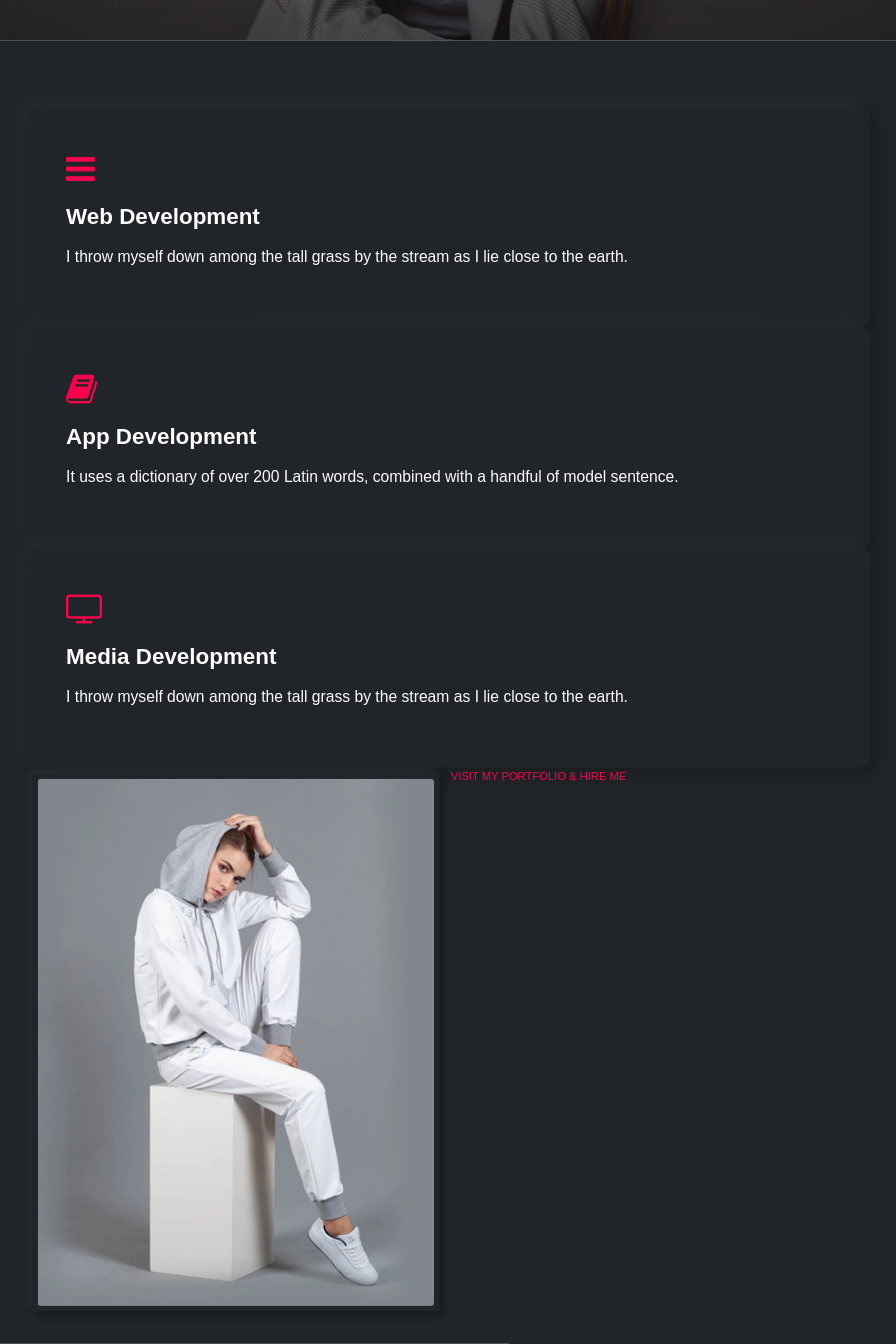
Repository: arminprogramme/inbio
Page: /
An editor plug-in stored every save of this project. The page is shown before and after the next save, followed by the edit.
The browser window is 1280 px wide. The pictures show the part of the page from y = 811 to 2731 px (the page is 2731 px tall before and 2715 px after), at 70% of full size.
Some web libraries are served in a nearby version. The project was rebuilt for these pictures with package versions that can differ from the ones it lists, and the page was loaded fresh each time. Also part of the build but not shown: vite.config.js.

Above is the page before, as saved 2023-10-20 03:35:53.

### index.html
<!doctype html>
<html lang="en">

<head>
    <meta charset="UTF-8" />
    <link rel="icon" type="image/svg+xml" href="/vite.svg" />
    <link rel="stylesheet" href="https://cdnjs.cloudflare.com/ajax/libs/font-awesome/4.7.0/css/font-awesome.min.css">
    <link href="https://cdnjs.cloudflare.com/ajax/libs/flowbite/1.8.1/flowbite.min.css" rel="stylesheet" />
    <meta name="viewport" content="width=device-width, initial-scale=1.0" />
    <title>Vite + React</title>
</head>

<body>
    <div id="root"></div>
    <script src="https://cdnjs.cloudflare.com/ajax/libs/flowbite/1.8.1/flowbite.min.js"></script>
    <script type="module" src="/src/main.jsx"></script>
</body>

</html>

### src/App.jsx
import   { Component } from 'react';
import LandingPage from './Component/LandingPage.jsx'
import './App.css'

class App extends Component {


  render() {
    return (
    <div>
      <LandingPage />
    </div>
    );
  }


}

export default App;

### src/index.css
:root {
    font-family: Inter, system-ui, Avenir, Helvetica, Arial, sans-serif;
}

a {
    font-weight: 500;
    color: #646cff;
    text-decoration: inherit;
}

* {
    padding: 0;
    margin: 0;
    box-sizing: border-box;
}

@tailwind base;
@tailwind components;
@tailwind utilities;
a:hover {
    color: #535bf2;
}

body {
    margin: 0;
    font-family: 'Vazir', sans-serif;
}

h1 {
    font-size: 3.2em;
    line-height: 1.1;
}

@media (prefers-color-scheme: light) {
     :root {
        color: #213547;
        background-color: #ffffff;
    }
    a:hover {
        color: #747bff;
    }
    button {
        background-color: #f9f9f9;
    }
}

### src/Component/LandingPage.jsx
import  { Component } from 'react';
import Header from './Header/Header.jsx'
import Body from './Body/Body.jsx'
//import Footer from './Footer/Footer.jsx'
class LandingPage extends Component {
    render() {
        return (
            <div>
                <Header/>
                <Body/>

            </div>
        );
    }
}

export default LandingPage;

### src/Component/Header/Header.jsx
import  { Component } from 'react';
import NavBar from './Navbar.jsx'
import './Header.css'
class Header extends Component {
    render() {
        return (
            <div>
                <NavBar/>
                <div className="banner-header text-center">
                    <h1 className='font-bold text-white'>KRISTINA SOMOLYER</h1>
                    <p>American Supermodel & Entrepreneur</p>
                </div>
            </div>
        );
    }
}

export default Header;

### src/Component/Body/Body.jsx
import  { Component } from 'react';
import Services from './Services/Services.jsx'
import About from './About/About.jsx'
import './Body.css'
class Body extends Component {
    render() {
        return (
            <>
            <div className='black-bg '>
                <div className="limit-width">
                    <Services/>
                    <About/>
                </div>
            </div>
            </>
        );
    }
}

export default Body;

### src/Component/Header/Navbar.jsx
import  { Component } from 'react';

class Navbar extends Component {
    render() {
        return (
            <div>

<nav className=" black-bg">
  <div className="max-w-screen-xl flex flex-wrap items-center justify-between mx-auto p-6">
    <a href="https://.com/" className="flex items-center">
       <h2 className='text-white'>React Project</h2>
    </a>
    <button data-collapse-toggle="navbar-default" type="button"  className="inline-flex items-center p-2 w-10 h-10 justify-center text-sm text-white rounded-lg md:hidden " aria-controls="navbar-default" aria-expanded="false">
    <i className="fa fa-bars text-white"></i>

    </button>
    <div className="hidden w-full md:block md:w-auto" id="navbar-default">
      <ul className="font-medium flex flex-col p-4 md:p-0 mt-4 border border-gray-100 rounded-lg text-white md:flex-row md:space-x-8 md:mt-0 md:border-0 black-bg">
        <li>
          <a href="#" className="block py-2 pl-3 pr-4 text-white md:hover:text-gray-700 dark:text-white md:dark:hover:text-gray-500 rounded md:bg-transparent md:p-0 " aria-current="page">Home</a>
        </li>
        <li>
          <a href="#" className="block py-2 pl-3 pr-4 text-gray-900 rounded hover:bg-gray-100 md:hover:bg-transparent md:border-0 md:hover:text-gray-700 md:p-0 dark:text-white md:dark:hover:text-gray-500 dark:hover:bg-gray-700 dark:hover:text-white md:dark:hover:bg-transparent">About</a>
        </li>
        <li>
          <a href="#" className="block py-2 pl-3 pr-4 text-gray-900 rounded md:hover:text-gray-700 md:p-0 dark:text-white md:dark:hover:text-gray-500 dark:hover:bg-gray-700 dark:hover:text-white md:dark:hover:bg-transparent">Services</a>
        </li>
        <li>
          <a href="#" className="block py-2 pl-3 pr-4 text-gray-900 rounded hover:bg-gray-100 md:hover:bg-transparent md:border-0 md:hover:text-gray-700 md:p-0 dark:text-white md:dark:hover:text-gray-500 dark:hover:bg-gray-700 dark:hover:text-white md:dark:hover:bg-transparent">Pricing</a>
        </li>
        <li>
          <a href="#" className="block py-2 pl-3 pr-4 text-gray-900 rounded hover:bg-gray-100 md:hover:bg-transparent md:border-0md:hover:text-gray-700 md:p-0 dark:text-white md:dark:hover:text-gray-500 dark:hover:bg-gray-700 dark:hover:text-white md:dark:hover:bg-transparent">Contact</a>
        </li>
      </ul>
    </div>
  </div>
</nav>

            </div>
        );
    }
}

export default Navbar;

### src/Component/Header/Header.css
.black-bg {
    background-color: #212428;
}

.banner-header {
    background-image: url(../../../bg-image-12.webp);
    background-position: center;
    background-size: cover;
    padding: 20.25rem 0;
}

.banner-header h1 {
    letter-spacing: 6px;
    font-size: 3.2rem;
}

.banner-header p {
    letter-spacing: 6px;
    font-size: 1.2rem;
    padding: 2rem 0;
    color: #fff;
}

### src/Component/Body/Services/Services.jsx
import  { Component } from 'react';
import ServicesItem from './ServicesItem.jsx'
import './Services.css'
class Services extends Component {

    constructor(props){
        super(props)

        this.state = {
            services : [
                {id : 1 , icon : 'red-color fa fa-bars' , title : 'Web Development' , text : 'I throw myself down among the tall grass by the stream as I lie close to the earth.'},
                {id : 2 , icon : 'red-color fa fa-book' , title : 'App Development' , text : 'It uses a dictionary of over 200 Latin words, combined with a handful of model sentence.'},
                {id : 3 , icon : 'red-color fa fa-television' , title : 'Media Development' , text : 'I throw myself down among the tall grass by the stream as I lie close to the earth.'},
            ]
        }
    }
    render() {
        return (
            <div>
              <div className="grid  grid-cols-1 lg:grid-cols-3 gap-10">
              {this.state.services.map(services => {
                return <ServicesItem key={services.id} {...services} />
               })}
              </div>
            </div>
        );
    }
}

export default Services;

### src/Component/Body/About/About.jsx
import  { Component } from 'react';
import   './About.css'
class About extends Component {
    render() {
        return (
            <div>
                <div className="about-container my-52 grid grid-cols-1 lg:grid-cols-2 gap-2">
                    <div className="img-about">
                        <div className="inner-img-about">
                            <img src="about-5.webp" alt="" />
                        </div>
                    </div>
                    <div className="content-about">
                        <h5 className='red-color'>VISIT MY PORTFOLIO & HIRE ME</h5>
                    </div>
                </div>
            </div>
        );
    }
}

export default About;

### src/Component/Body/Body.css
.limit-width {
    max-width: 1450px;
    padding: 6rem 3% 3%;
    margin: auto;
}

### src/Component/Body/Services/ServicesItem.jsx
import { Component } from 'react';

class ServicesItem extends Component {
    render() {
        return (
            <div className='services-item'>
                <div className="icon-services">
                    <i className={this.props.icon}></i>
                </div>
                <div className="content-services">
                <h2 className='font-bold'>{this.props.title}</h2>
                <p>{this.props.text}</p>
                </div>
            </div>
        );
    }
}

export default ServicesItem;

### src/Component/Body/Services/Services.css
.icon-services i {
    font-size: 3rem;
}

.red-color {
    color: #f8024e;
}

.content-services {
    padding: 1.2rem 0;
    color: #FDFDFE;
}

.content-services h2 {
    font-size: 2rem;
    padding-bottom: 1rem;
}

.content-services p {
    line-height: 2.25rem;
    font-size: 1.4rem;
}

.services-item {
    border-radius: 12px;
    transition: 0.5s!important;
    padding: 4rem 3.5rem;
    background: #212428;
    box-shadow: 10px 10px 20px #1b1e21, -10px -10px 20px #272a2f;
    -webkit-transition: 0.5s!important;
    -moz-transition: 0.5s!important;
    -ms-transition: 0.5s!important;
    -o-transition: 0.5s!important;
    cursor: pointer;
}

.services-item:hover {
    border-radius: 12px;
    transform: translateY(-1.2rem);
    transition: 0.5s!important;
    background: linear-gradient(145deg, #23272b, #16171a);
    box-shadow: 10px 10px 13px #1b1e21, -10px -10px 13px #272a2f;
    -webkit-transition: 0.5s!important;
    -moz-transition: 0.5s!important;
    -ms-transition: 0.5s!important;
    -o-transition: 0.5s!important;
    -webkit-transform: translateY(-1.2rem);
    -moz-transform: translateY(-1.2rem);
    -ms-transform: translateY(-1.2rem);
    -o-transform: translateY(-1.2rem);
}

### src/Component/Body/About/About.css
.inner-img-about,
.img-about {
    padding: 0.5rem;
    border-radius: 5px;
    max-width: 100%;
}

.inner-img-about {
    border-radius: 5px;
    background: #212428;
    box-shadow: 5px 5px 10px #17191c, -5px -5px 10px #2b2f34;
    -webkit-border-radius: 5px;
    -moz-border-radius: 5px;
    -ms-border-radius: 5px;
    -o-border-radius: 5px;
}

.inner-img-about img {
    width: 100%;
    border-radius: 5px;
    -webkit-border-radius: 5px;
    -moz-border-radius: 5px;
    -ms-border-radius: 5px;
    -o-border-radius: 5px;
}

Loaded but not shown: src/main.jsx (common file); src/App.css (common file)

After the next save:
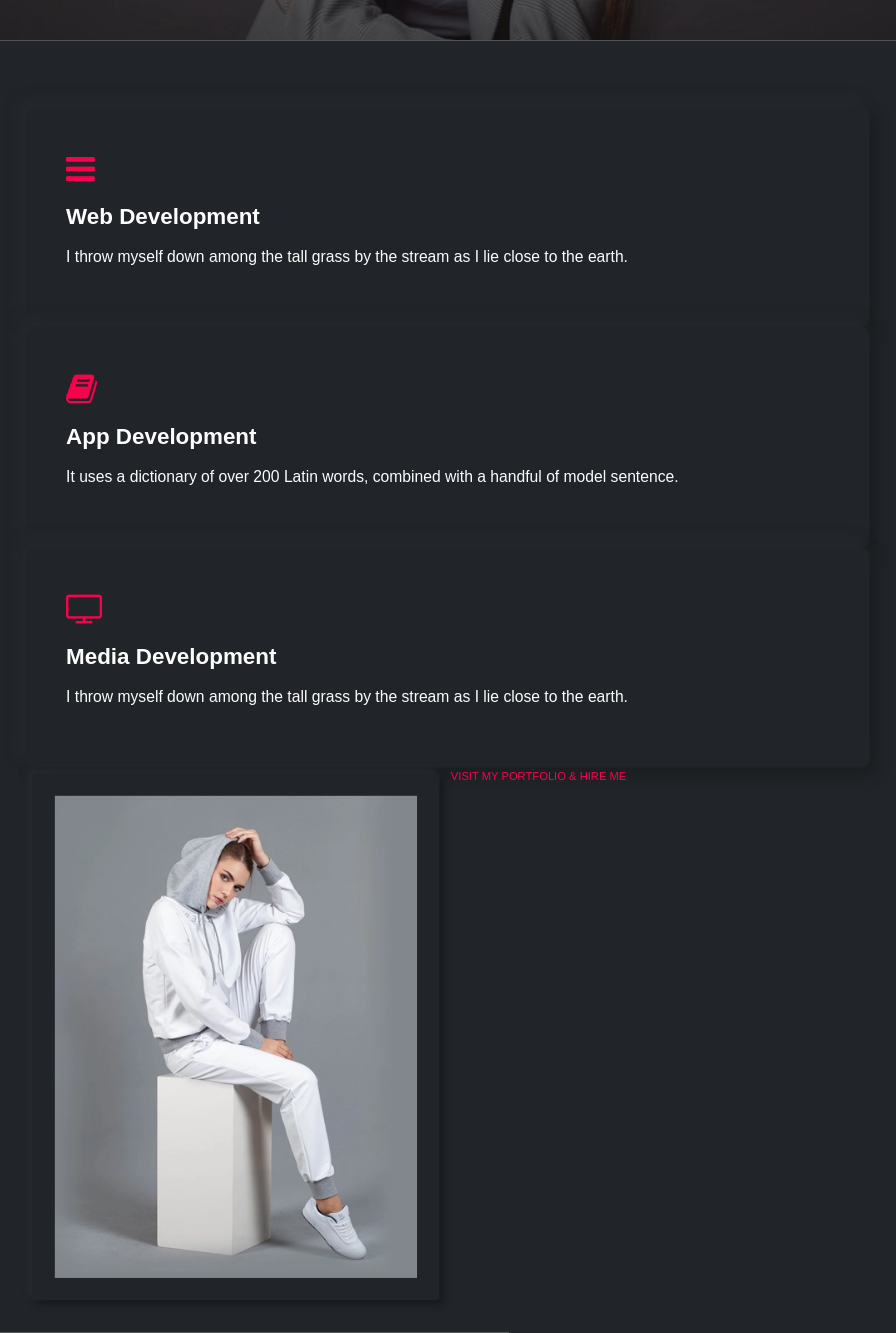
Saved 15 s later.
--- a/src/Component/Body/About/About.css
+++ b/src/Component/Body/About/About.css
@@ -20,6 +20,7 @@
     border-radius: 5px;
     -webkit-border-radius: 5px;
     -moz-border-radius: 5px;
+    padding: 1.5rem;
     -ms-border-radius: 5px;
     -o-border-radius: 5px;
 }
